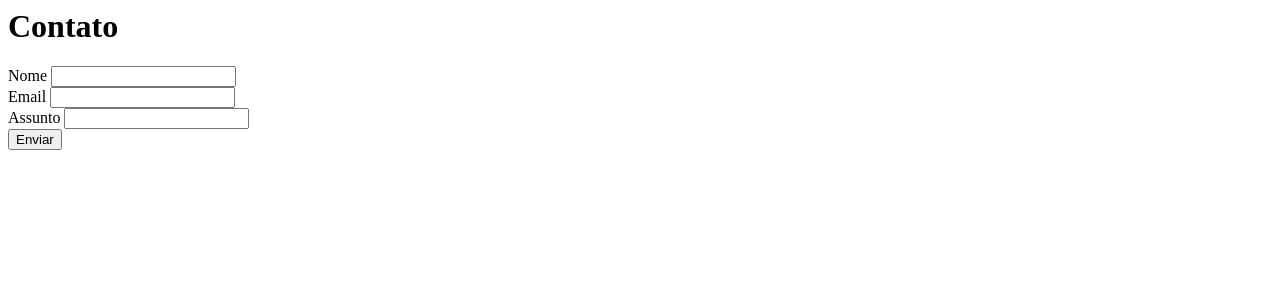
Repository: BrunoCesarAngst/poo
Page: aula04/views/form.html
The author's editor kept a copy of each file at every save. The page is drawn from the files as they stood at one save, then again after the next save.
The browser window is 1280 px wide. The pictures show the whole page.

Above is the page before, as saved 2020-08-21 21:40:38.

### aula04/views/form.html
<h1>Contato</h1>

<form type="submit">
  <div class="form-group">
    <label for="">Nome</label>
    <input id="name" type="text" class="form-control">
  </div>

  <div class="form-group">
    <label for="">Email</label>
    <input id="email" type="email" class="form-control">
  </div>

  <div class="form-group">
    <label for="">Assunto</label>
    <input id="assunto" type="text" class="form-control">
  </div>

  <button class="btn btn-primary btn-success"type="submit">Enviar</button>
</form>

After the next save:
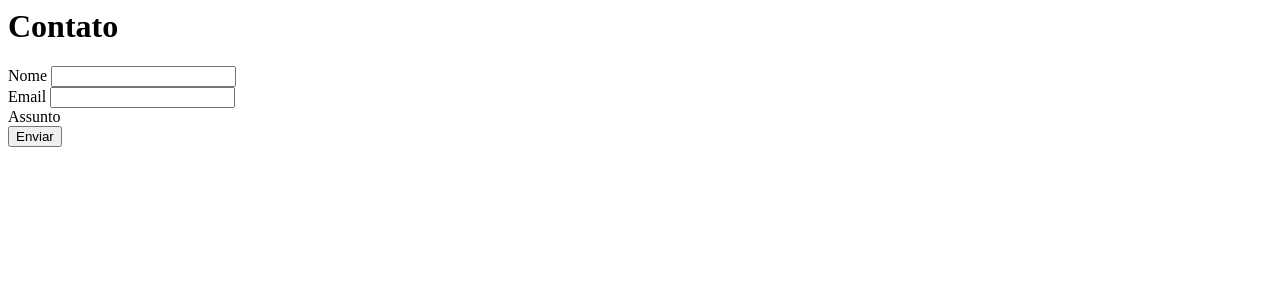
Saved 21 h 44 min later.
--- a/aula04/views/form.html
+++ b/aula04/views/form.html
@@ -13,7 +13,7 @@
 
   <div class="form-group">
     <label for="">Assunto</label>
-    <input id="assunto" type="text" class="form-control">
+    <text id="assunto" type="text" class="form-control">
   </div>
 
   <button class="btn btn-primary btn-success"type="submit">Enviar</button>
